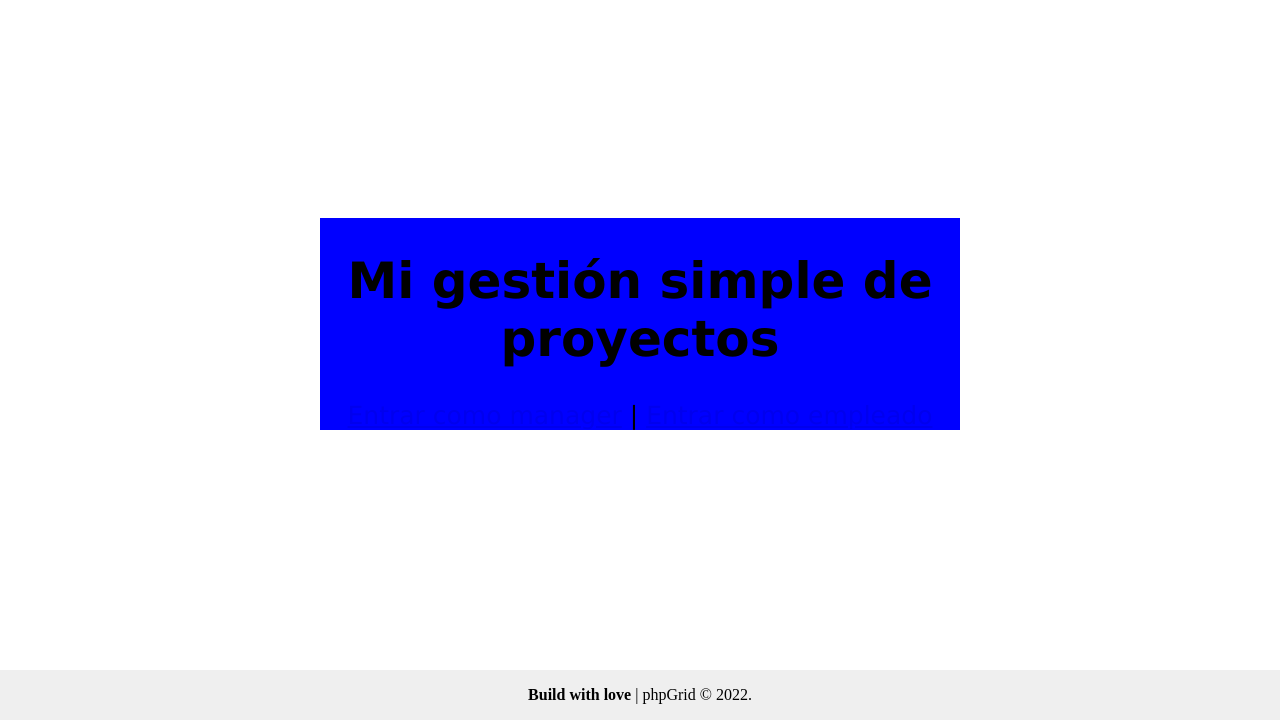
Repository: RaquelAlvarezz/free
Page: http://localhost/php/
The author's editor kept a copy of each file at every save. The page is drawn from the files as they stood at one save, then again after the next save.
The browser window is 1280 px wide. The pictures show the whole page.
The page is run by PHP 8.4 with error messages shown; the project is at /var/www/html/.

Above is the page before, as saved 2022-01-20 08:25:30.

### index.php
<!DOCTYPE html>
<html>
<head>
	<title>Mi gestión simple de proyectos| phpGrid</title>
</head>
<body>

<style>
.centered {
    margin: 0;
    position: absolute;
    top: 45%;
    left: 50%;
    transform: translate(-50%, -50%);
    text-align:center;
    font-size: 25px;
    font-family:verdana;
    background-color:blue;
}
.footer {
  position: fixed;
  right: 0;
  bottom: 0;
  left: 0;
  padding: 1rem;
  background-color: #efefef;
  text-align: center;
}

</style>

<div class="centered">
<h1>Mi gestión simple de proyectos</h1>

<a href="manager/clients.php" target="_new">Entrar como manager</a> | <a href="employee/tasks.php" target="_new">Entrar como empleado</a>
</div>

<div class="footer"><strong>Build with love</strong> | phpGrid &copy; <?php echo date('Y'); ?>.</div>

</body>
</html>

After the next save:
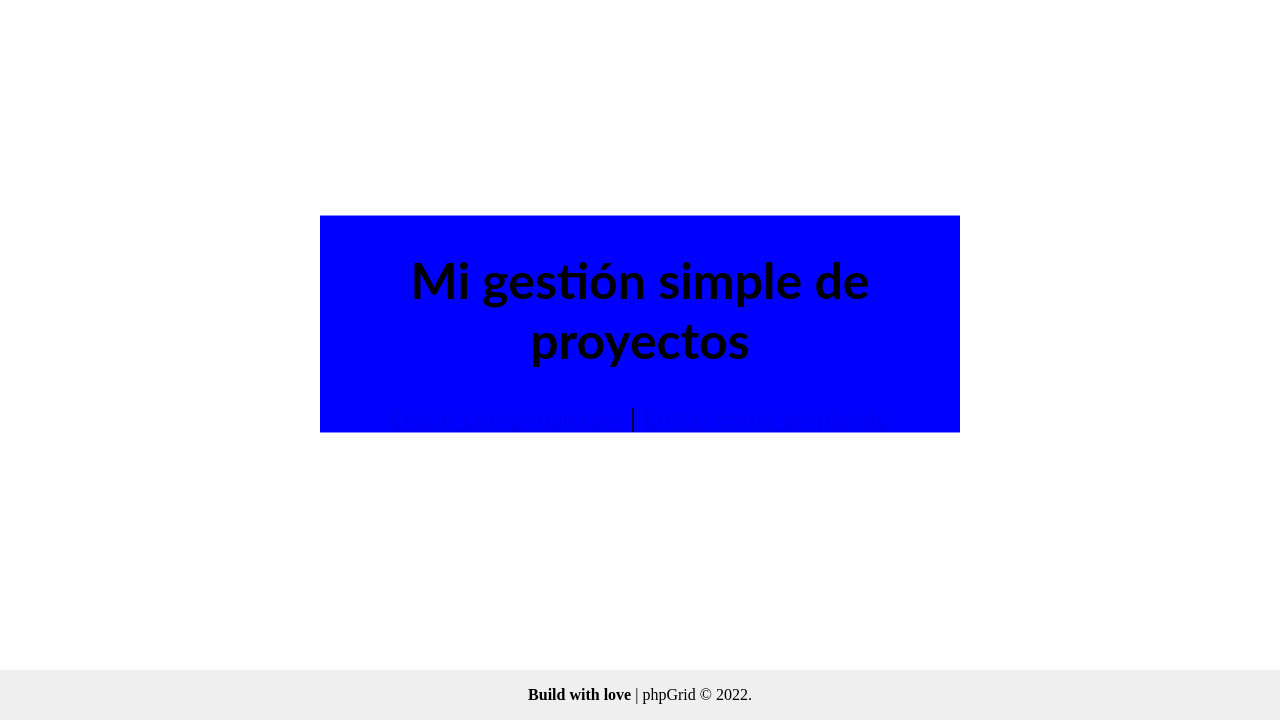
Saved 59 s later.
--- a/index.php
+++ b/index.php
@@ -14,7 +14,7 @@
     transform: translate(-50%, -50%);
     text-align:center;
     font-size: 25px;
-    font-family:verdana;
+    font-family: lato;
     background-color:blue;
 }
 .footer {
